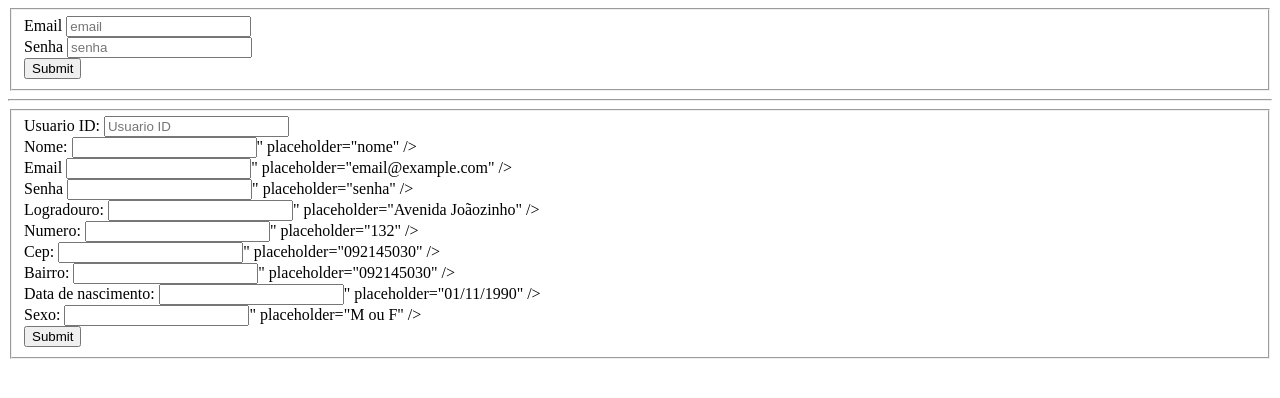
Repository: moises2112/Projetos
Page: http://localhost/Dog/LoginController.do?action=logar
The author's editor kept a copy of each file at every save. The page is drawn from the files as they stood at one save, then again after the next save.
The browser window is 1280 px wide. The pictures show the whole page.
The page is served by Tomcat 9.

Above is the page before, as saved 2017-06-09 00:30:13.

After the next save:
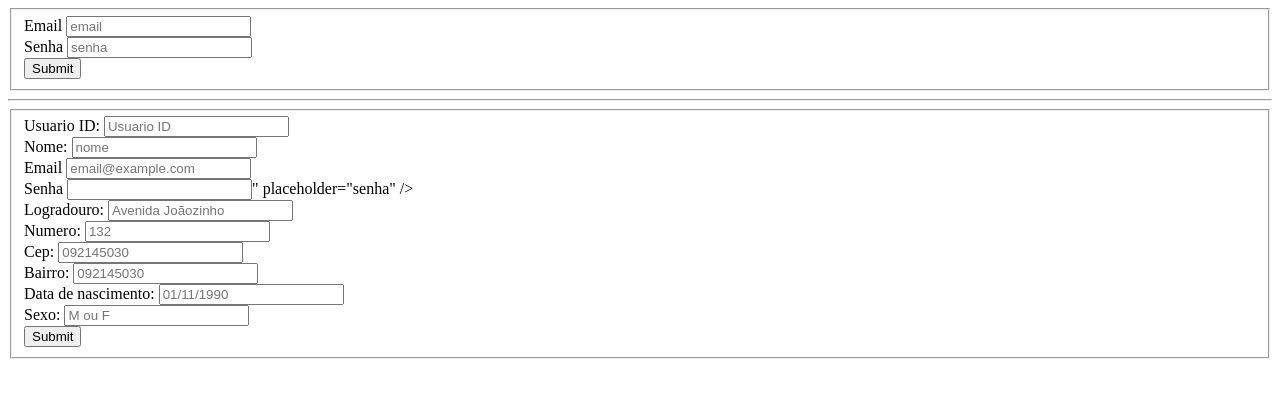
Saved 61 s later.
--- a/Dog/WebContent/login.jsp
+++ b/Dog/WebContent/login.jsp
@@ -34,12 +34,12 @@
 					name="usuarioId" placeholder="Usuario ID" />
 			</div>
 			<div>
-				<label for="nome">Nome:</label> <input type="text" name="nome" />"
-				placeholder="nome" />
+				<label for="nome">Nome:</label> <input type="text" name="nome"
+					placeholder="nome" />
 			</div>
 			<div>
-				<label for="email">Email</label> <input type="text" name="email" />"
-				placeholder="email@example.com" />
+				<label for="email">Email</label> <input type="text" name="email"
+					placeholder="email@example.com" />
 			</div>
 			<div>
 				<label for="senha">Senha</label> <input type="password" name="senha" />"
@@ -47,27 +47,27 @@
 			</div>
 			<div>
 				<label for="logradouro">Logradouro:</label> <input type="text"
-					name="logradouro" />" placeholder="Avenida Joãozinho" />
+					name="logradouro" placeholder="Avenida Joãozinho" />
 			</div>
 			<div>
-				<label for="numero">Numero:</label> <input type="text" name="numero" />"
-				placeholder="132" />
+				<label for="numero">Numero:</label> <input type="text" name="numero"
+					placeholder="132" />
 			</div>
 			<div>
-				<label for="cep">Cep:</label> <input type="text" name="cep" />"
-				placeholder="092145030" />
+				<label for="cep">Cep:</label> <input type="text" name="cep"
+					placeholder="092145030" />
 			</div>
 			<div>
-				<label for="bairro">Bairro:</label> <input type="text" name="bairro" />"
-				placeholder="092145030" />
+				<label for="bairro">Bairro:</label> <input type="text" name="bairro"
+					placeholder="092145030" />
 			</div>
 			<div>
 				<label for="dataNascimento">Data de nascimento:</label> <input
-					type="text" name="dataNascimento" />" placeholder="01/11/1990" />
+					type="text" name="dataNascimento" placeholder="01/11/1990" />
 			</div>
 			<div>
-				<label for="sexo">Sexo:</label> <input type="text" name="sexo" />"
-				placeholder="M ou F" />
+				<label for="sexo">Sexo:</label> <input type="text" name="sexo"
+					placeholder="M ou F" />
 			</div>
 
 			<div>
